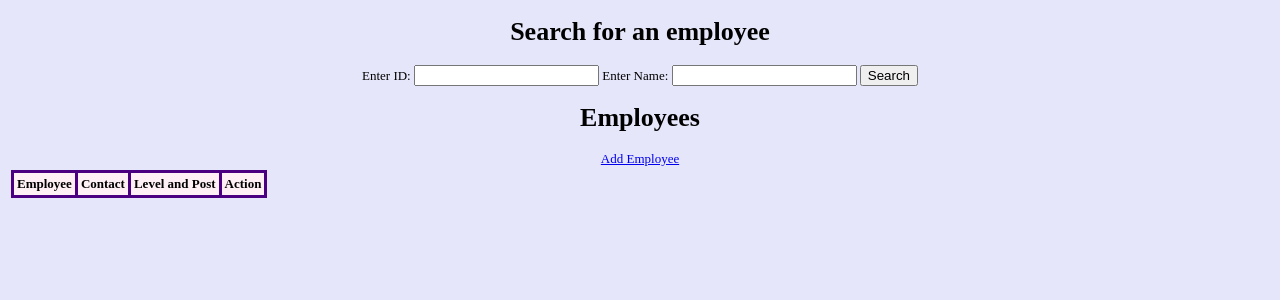
Repository: P9-Analyst-Java/employee-management-abhishekdatta12
Page: http://localhost/spring-expense-tracker/WEB-INF/views/home.jsp
An editor plug-in stored every save of this project. The page is shown before and after the next save, followed by the edit.
The browser window is 1280 px wide. The pictures show the whole page.
The page is served by Tomcat 9. Nobody is signed in. Other server files are loaded and not shown. The template is opened directly, without the code that normally fills it, so the values that code supplies are empty.

Above is the page before, as saved 2023-02-21 05:22:13.

### spring-portal/spring-expense-tracker/src/main/webapp/WEB-INF/views/home.jsp
<%@ page language="java" isELIgnored="false" contentType="text/html; charset=ISO-8859-1"
    pageEncoding="UTF-8"%>
<%@ taglib prefix="c" uri="http://java.sun.com/jsp/jstl/core"%>
<%@ taglib prefix="form" uri="http://www.springframework.org/tags/form" %>
<c:set var="contextRoot" value="${pageContext.request.contextPath}"/>
<!DOCTYPE html>
<html>
<head>
<style type="text/css">
body{
	font-size: 13px;
	text-align: center;
	background-color: lavender;
}
div{
	text-align: center;
	align-items: center;
	align-content: center;
}
table{
	margin-left: auto;
  	margin-right: auto;
  	background-color: lavenderblush;
}
table, th, td{

	text-align: center;
	border: 3px solid indigo;
	border-collapse: collapse;
	padding: 3px;
	margin: 3px;
}
td{
text-align: center;
background-color: lightcyan;
}
</style>
<meta charset="ISO-8859-1">
<title>Home</title>
</head>
<body>
	<h1>Search for an employee</h1>

	<form action="${contextRoot}/search" method="post">
	Enter ID: <input  name="id"/>
	Enter Name: <input name="name"/>
	<button type="submit">Search</button>
	</form>

	<h1>Employees</h1>
	<div>
	<a href="${contextRoot}/employee">Add Employee</a>
	<table>
	<tr>
	<th>Employee</th>
	<th>Contact</th>
	<th>Level and Post</th>
	<th>Action</th>
	<!-- <th>Last Name</th>
	<th>Gender</th>
	<th>Date Of Birth</th>
	<th>PAN Card Number</th>
	<th>Aadhaar Number</th>
	<th>Mobile Number</th>
	<th>Email ID</th>
	<th>Office Mail</th>
	<th>Permanent Address</th>
	<th>Present Address</th>
	<th>Blood Group</th>
	<th>Profile Picture</th>
	<th>Date of Joining</th>
	<th>Employee Level</th>
	<th>Post Name</th>
	<th>Basic Pay</th>
	<th>House Allowance</th>
	<th>Edit</th>
	<th>Delete</th>-->
	</tr>
	<c:forEach var="employee" items="${employees}">
		<tr>
			<td>${employee.firstName}&nbsp;${employee.lastName}<br/>#${employee.id}</td>

			<td>${employee.mobileNum}<br/>${employee.emailId}</td>

			<td>${employee.empLevel}/<br/>${employee.postName}</td>

			<td><a href="">Employments</a>/<a href="${contextRoot}/employee/${employee.id}">Edit</a>/<a href="${contextRoot}/${employee.id}">Delete</a></td>
			<!-- <td>${employee.id}</td>
			<td>${employee.firstName}</td>
			<td>${employee.lastName}</td>
			<td>${employee.gender}</td>
			<td>${employee.dob}</td>
			<td>${employee.panNum}</td>
			<td>${employee.aadhaarNum}</td>
			<td>${employee.mobileNum}</td>
			<td>${employee.emailId}</td>
			<td>${employee.officeMail}</td>
			<td>${employee.permanentAddress}</td>
			<td>${employee.presentAddress}</td>
			<td>${employee.bloodGroup}</td>
			<td>${employee.profilePict}</td>
			<td>${employee.doj}</td>
			<td>${employee.empLevel}</td>
			<td>${employee.postName}</td>
			<td>${employee.basicPay}</td>
			<td>${employee.houseAllowance}</td>
			<td><a href="${contextRoot}/employee/${employee.id}">Edit</a></td>
			<td><a href="${contextRoot}/${employee.id}">Delete</a></td>-->
		</tr>
	</c:forEach>
	</table>
	</div>
</body>
</html>

After the next save:
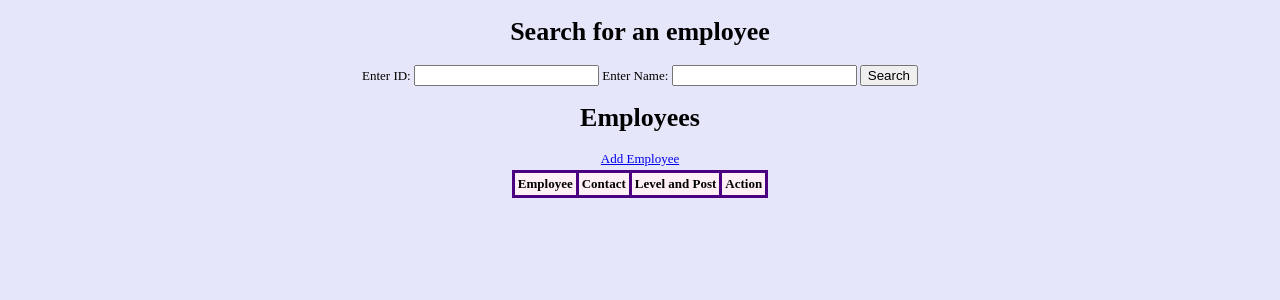
Saved 19 s later.
--- a/spring-portal/spring-expense-tracker/src/main/webapp/WEB-INF/views/home.jsp
+++ b/spring-portal/spring-expense-tracker/src/main/webapp/WEB-INF/views/home.jsp
@@ -17,11 +17,7 @@ div{
 	align-items: center;
 	align-content: center;
 }
-table{
-	margin-left: auto;
-  	margin-right: auto;
-  	background-color: lavenderblush;
-}
+
 table, th, td{
 
 	text-align: center;
@@ -29,6 +25,11 @@ table, th, td{
 	border-collapse: collapse;
 	padding: 3px;
 	margin: 3px;
+}
+table{
+	margin-left: auto;
+  	margin-right: auto;
+  	background-color: lavenderblush;
 }
 td{
 text-align: center;
